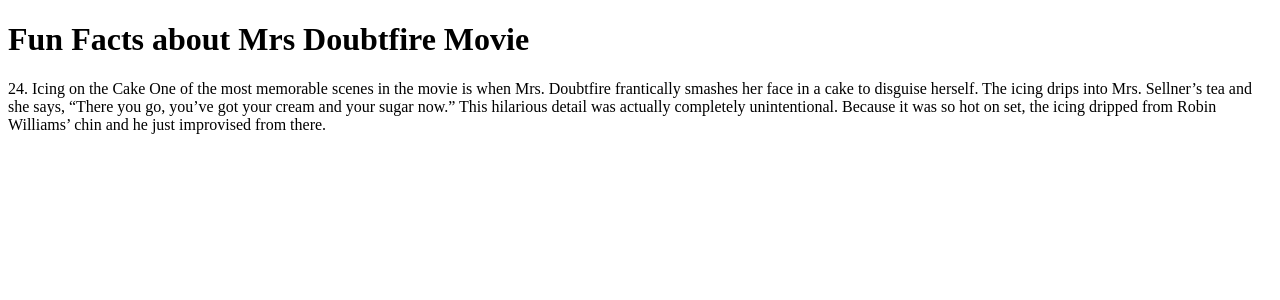
Repository: ItaConnell007/Brainnest-Main-HTML-Project
Page: fun-facts.html
The author's editor kept a copy of each file at every save. The page is drawn from the files as they stood at one save, then again after the next save.
The browser window is 1280 px wide. The pictures show the whole page.

Above is the page before, as saved 2022-08-16 17:17:48.

### fun-facts.html
<!DOCTYPE html>
<html lang="en">
<head>
    <meta charset="UTF-8">
    <meta http-equiv="X-UA-Compatible" content="IE=edge">
    <meta name="viewport" content="width=device-width, initial-scale=1.0">
    <title>Top Secret</title>
</head>
<body>

    <h1> Fun Facts about Mrs Doubtfire Movie</h1>

    <p>24. Icing on the Cake
        One of the most memorable scenes in the movie is when Mrs. Doubtfire frantically smashes her face in a cake to disguise herself. The icing drips into Mrs. Sellner’s tea and she says, “There you go, you’ve got your cream and your sugar now.” This hilarious detail was actually completely unintentional. Because it was so hot on set, the icing dripped from Robin Williams’ chin and he just improvised from there.</p>

</body>
</html>

After the next save:
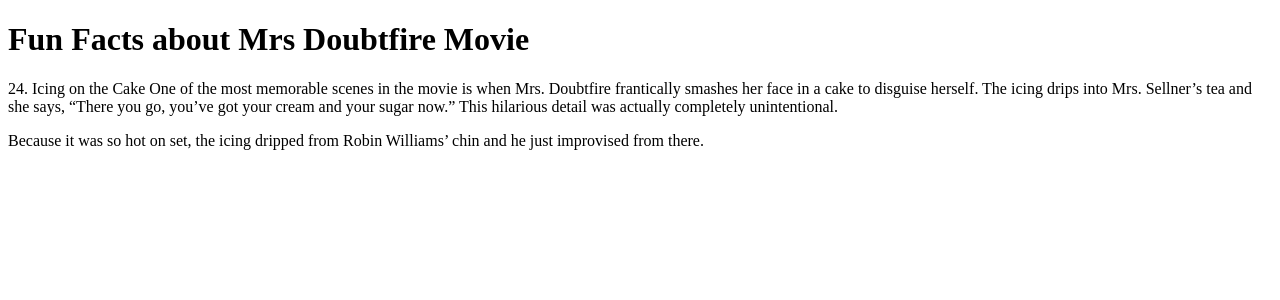
Saved 43 s later.
--- a/fun-facts.html
+++ b/fun-facts.html
@@ -11,7 +11,8 @@
     <h1> Fun Facts about Mrs Doubtfire Movie</h1>
 
     <p>24. Icing on the Cake
-        One of the most memorable scenes in the movie is when Mrs. Doubtfire frantically smashes her face in a cake to disguise herself. The icing drips into Mrs. Sellner’s tea and she says, “There you go, you’ve got your cream and your sugar now.” This hilarious detail was actually completely unintentional. Because it was so hot on set, the icing dripped from Robin Williams’ chin and he just improvised from there.</p>
+        One of the most memorable scenes in the movie is when Mrs. Doubtfire frantically smashes her face in a cake to disguise herself. The icing drips into Mrs. Sellner’s tea and she says, “There you go, you’ve got your cream and your sugar now.” This hilarious detail was actually completely unintentional. </p>
+        <p>  Because it was so hot on set, the icing dripped from Robin Williams’ chin and he just improvised from there.</p>
 
 </body>
 </html>
